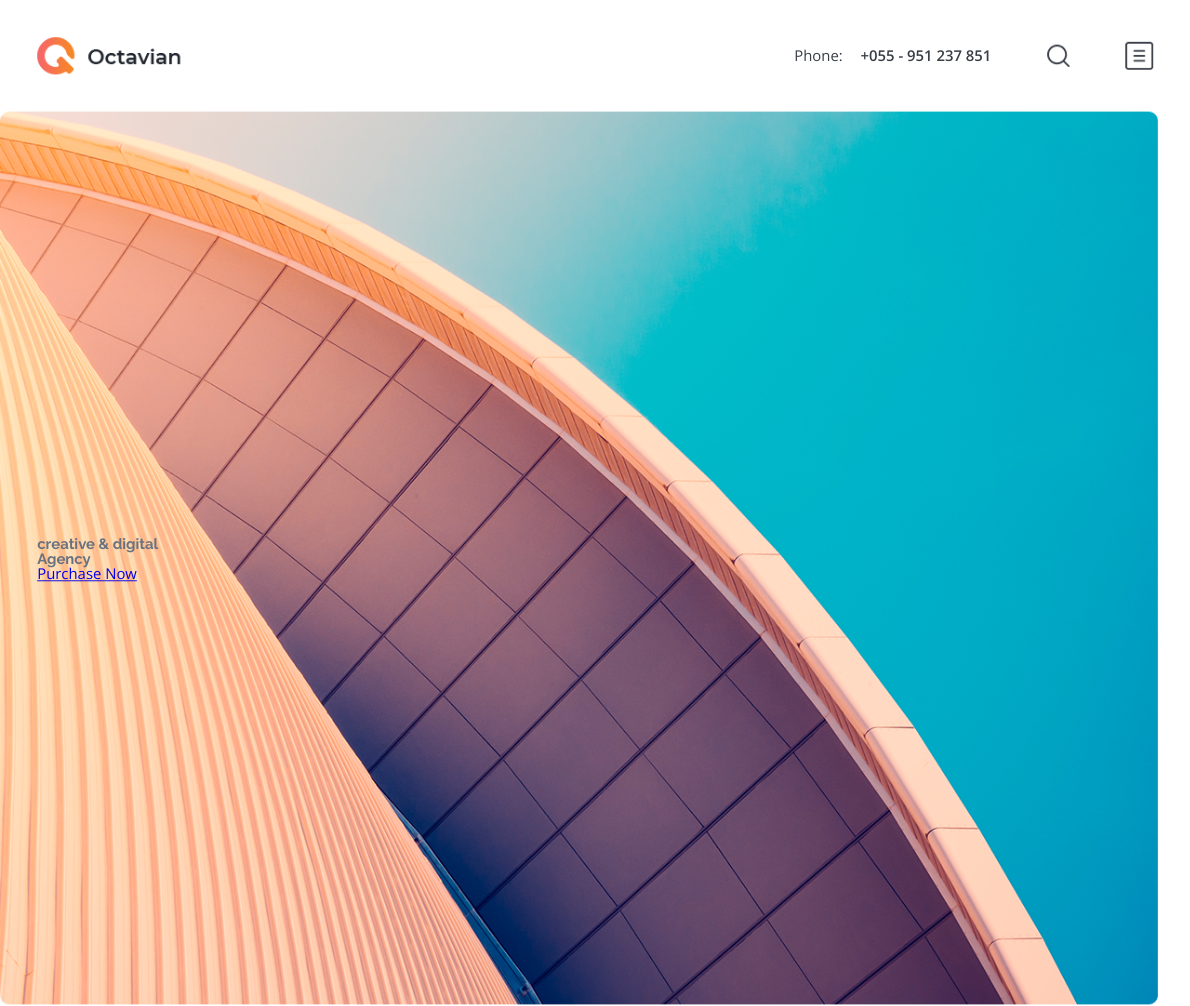
Repository: kate30980/LP-practiceoctavian
Page: index.html
These files come from the project's save history. The page is drawn as it stood at one moment and after the next save; the edit follows.
The browser window is 1280 px wide. The pictures show the whole page, at 93% of full size.
The style sheet was rebuilt from its Sass, Less or Tailwind sources for each picture, by a compiler version that may differ from the author's.

Above is the page before, as saved 2021-08-25 08:58:22.

After the next save:
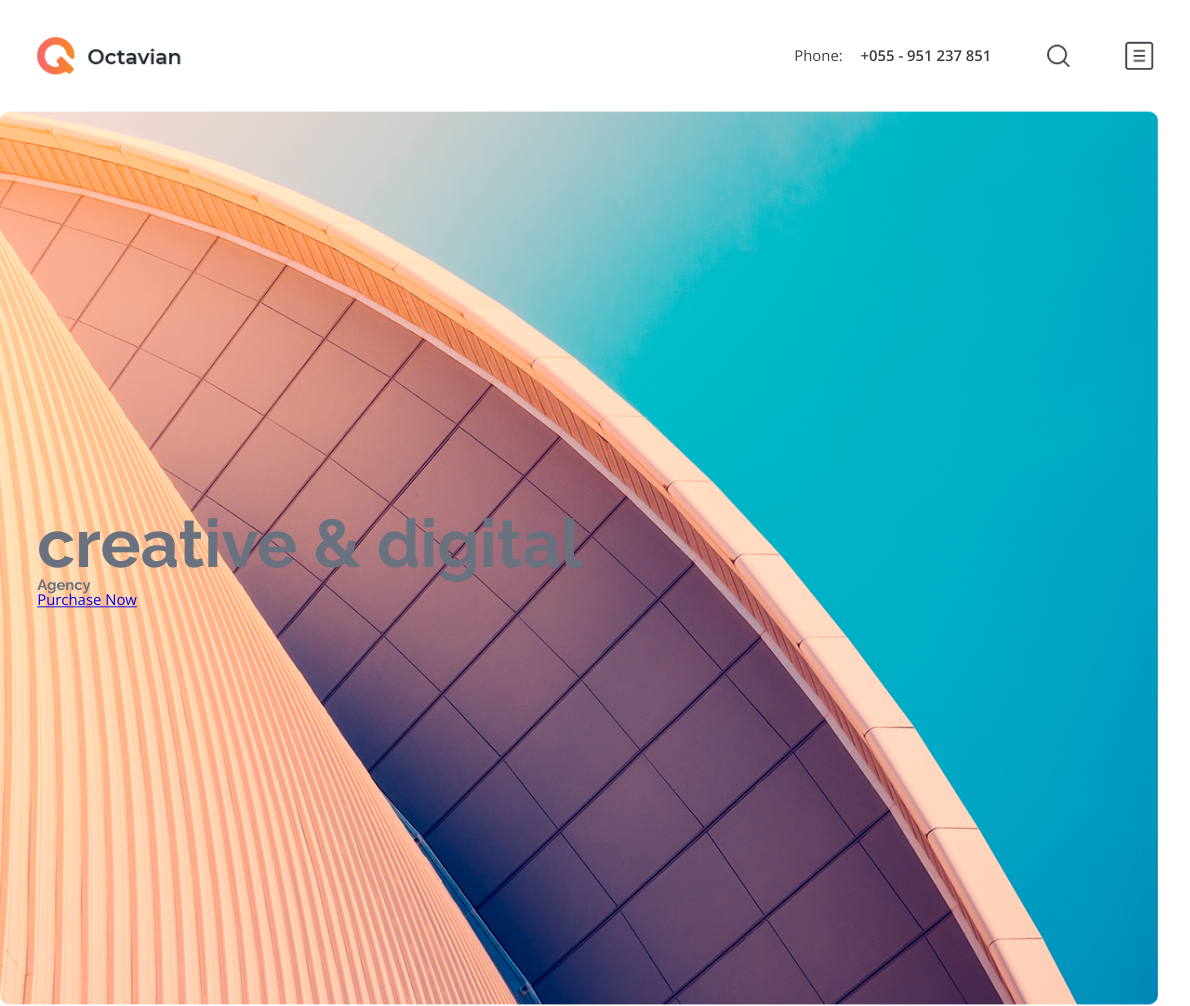
Saved 91 s later.
--- a/sass/_hero.scss
+++ b/sass/_hero.scss
@@ -9,4 +9,8 @@
         transform: translateY(-50%);
         z-index: 2;
     }
+    &-caption{
+        font-size: 72px;
+        font-weight: 600;
+    }
 }
